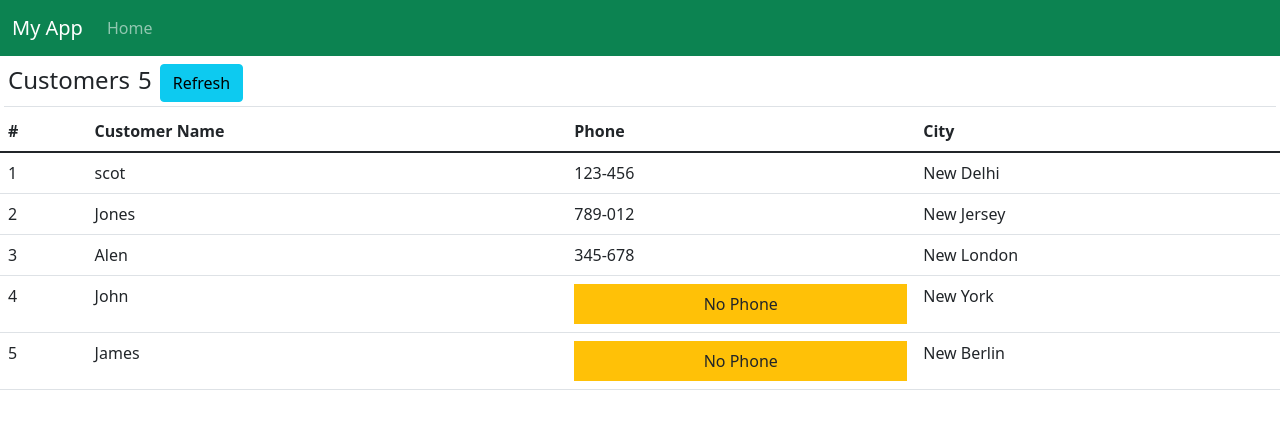
Repository: smit1298/e-commerce
Page: /
The author's editor kept a copy of each file at every save. The page is drawn from the files as they stood at one save, then again after the next save.
The browser window is 1280 px wide. The pictures show the whole page.
The project was rebuilt for these pictures with package versions that can differ from the ones it lists, and the page was loaded fresh each time.

Above is the page before, as saved 2022-05-10 17:58:53.

### src/index.js
import React from "react";
import ReactDOM from "react-dom";
import "jquery";
import "popper.js/dist/umd/popper";
import "bootstrap/dist/js/bootstrap";
import "bootstrap/dist/css/bootstrap.css";
import "./index.css";
import App from "./App";

ReactDOM.render(<App />, document.getElementById("root"));

### src/index.css
* {
    box-sizing: border-box;
}

.highlight{
    background-color: #80c0b5;
}

.navbar-style{
    background-color: #0c8351 !important;
}

### src/App.jsx
import React, { Component } from "react";
import MainContent from "./MainContent";
import NavBar from "./NavBar";

export default class App extends Component {
  render() {
    return (
      <React.Fragment>
        <NavBar />
        <MainContent />
      </React.Fragment>
    );
  }
}

### src/MainContent.jsx
import React, { Component } from "react";

export default class MainContent extends Component {
  state = {
    pageTitle: "Customers",
    customersCount: 5,
    customers: [
      { id: 1, name: "scot", phone: "123-456", address: { city: "New Delhi" } },
      {
        id: 2,
        name: "Jones",
        phone: "789-012",
        address: { city: "New Jersey" },
        photo: "https://picsum.photos/id/1010/60"
      },
      {
        id: 3,
        name: "Alen",
        phone: "345-678",
        address: { city: "New London" },
        photo: "https://picsum.photos/id/1010/60"
      },
      { id: 4, name: "John", phone: null, address: { city: "New York" },
      photo: "https://picsum.photos/id/1010/60" },
      { id: 5, name: "James", phone: null, address: { city: "New Berlin" },
      photo: "https://picsum.photos/id/1010/60" }
    ]
  };

  render() {
    return (
      <div>
        <h4 className="border-bottom m-1 p-1">
          {this.state.pageTitle}
          <span className="m-2">{this.state.customersCount}</span>
          <button className="btn btn-info" onClick={this.onRefreshClick}>
            Refresh
          </button>
        </h4>
        <table className="table">
          <thead>
            <tr>
              <th>#</th>
              <th>Customer Name</th>
              <th>Phone</th>
              <th>City</th>
            </tr>
          </thead>
          <tbody>{this.getCustomerRow()}</tbody>
        </table>
      </div>
    );
  }

  //   Executes when the user clicks on refresh button
  onRefreshClick = () => {
    this.setState({
      customersCount: 7
    });
  };

  getPhoneToRender = (phone) => {
    if (phone) return phone;
    else return <div className="bg-warning p-2 text-center">No Phone</div>;
  };

  getCustomerRow = () => {
    return this.state.customers.map((cust) => {
      return (
        <tr key={cust.id}>
          <td>{cust.id}</td>
          <td>{cust.name}</td>
          <td> {this.getPhoneToRender(cust.phone)}</td>
          <td>{cust.address.city}</td>
        </tr>
      );
    });
  };
}

### src/NavBar.jsx
import React, { Component } from "react";

class NavBar extends Component {
  render() {
    return (
      <React.Fragment>
        <nav className="navbar navbar-expand-lg navbar-dark bg-dark navbar-style">
          <div className="container-fluid">
            <a className="navbar-brand" href="/#">
              My App
            </a>
            <button
              className="navbar-toggler"
              type="button"
              data-bs-toggle="collapse"
              data-bs-target="#navbarSupportedContent"
              aria-controls="navbarSupportedContent"
              aria-expanded="false"
              aria-label="Toggle navigation"
            >
              <span className="navbar-toggler-icon"></span>
            </button>

            <div
              className="collapse navbar-collapse"
              id="navbarSupportedContent"
            >
              <ul className="navbar-nav me-auto mb-2 mb-lg-0">
                <li className="nav-item">
                  <a className="nav-link" href="/#">
                    Home
                  </a>
                </li>
              </ul>
            </div>
          </div>
        </nav>
      </React.Fragment>
    );
  }
}

export default NavBar;

Loaded but not shown: public/index.html (common file)

After the next save:
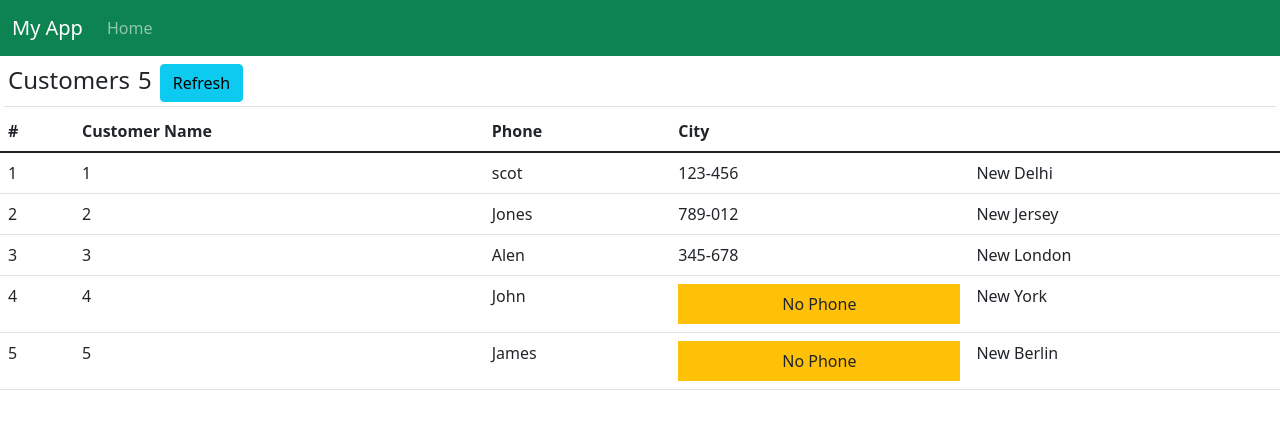
Saved 7 s later.
--- a/src/MainContent.jsx
+++ b/src/MainContent.jsx
@@ -69,6 +69,7 @@ export default class MainContent extends Component {
       return (
         <tr key={cust.id}>
           <td>{cust.id}</td>
+          <td>{cust.id}</td>
           <td>{cust.name}</td>
           <td> {this.getPhoneToRender(cust.phone)}</td>
           <td>{cust.address.city}</td>
